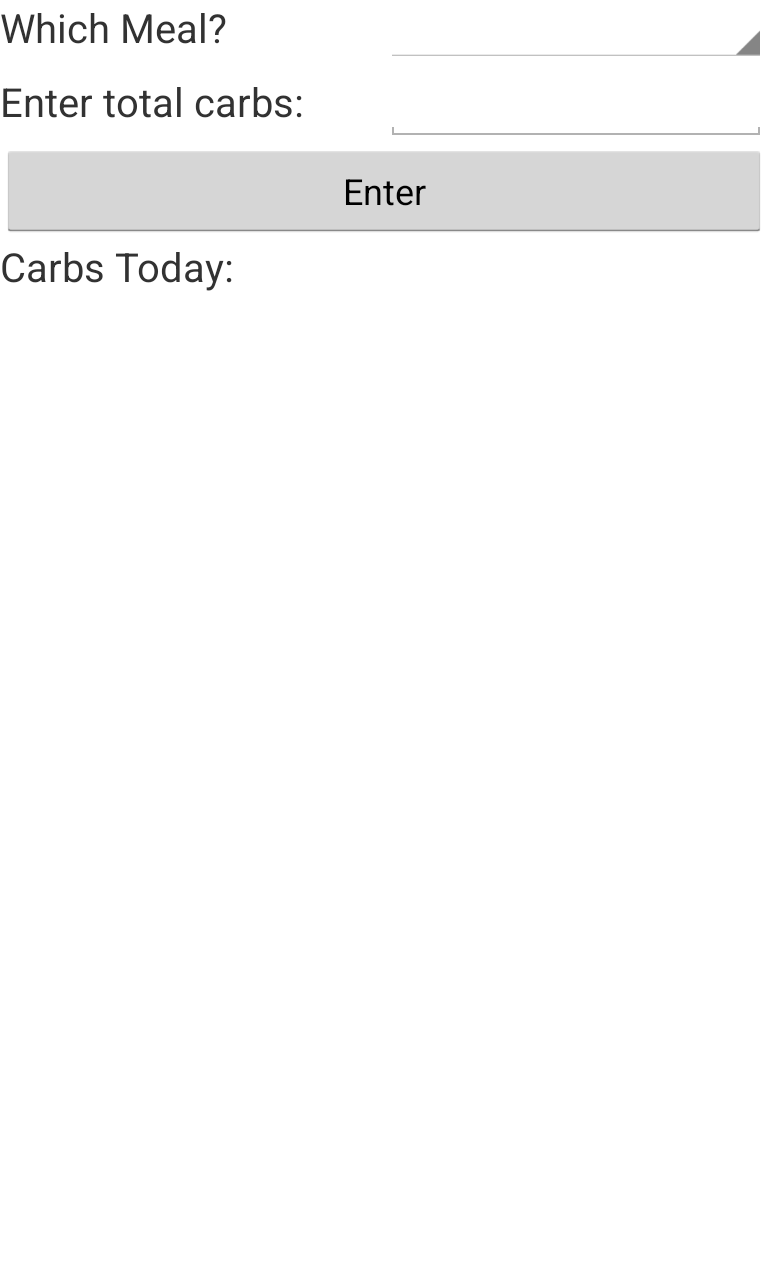
Repository: dekigo/GluNote
Layout: Glunote/res/layout/activity_carbs_page.xml
The author's editor kept a copy of each file at every save. The layout is drawn from the files as they stood at one save, then again after the next save.
It is drawn on a 768 x 1280 px phone screen (xhdpi) without system bars, with theme AppTheme; the app's code is not run.

Above is the layout before, as saved 2013-08-06 09:57:56.

### Glunote/res/layout/activity_carbs_page.xml
<?xml version="1.0" encoding="utf-8"?>
<LinearLayout xmlns:android="http://schemas.android.com/apk/res/android"
    xmlns:tools="http://schemas.android.com/tools"
    android:layout_width="match_parent"
    android:layout_height="match_parent"
    android:orientation="vertical" >

    <LinearLayout
        android:layout_width="match_parent"
        android:layout_height="wrap_content" >

	    <TextView
	        android:layout_height="wrap_content"
	        android:layout_width="0dp"
	        android:layout_weight="0.5"
	        android:textSize="20sp"
	        android:text="@string/Carbs_Page_Meal"
	    />

	    <Spinner
		    android:id="@+id/meal_spinner"
		    android:layout_width="0dp"
		    android:layout_height="wrap_content"
		    android:layout_weight="0.5"
	    />

    </LinearLayout>

    <LinearLayout
        android:layout_width="match_parent"
        android:layout_height="wrap_content" >

        <TextView
            android:layout_height="wrap_content"
            android:layout_width="0dp"
            android:layout_weight="0.5"
            android:textSize="20sp"
            android:text="@string/Carbs_Page_Carbs"
        />

        <EditText android:id="@+id/Carb_Amount"
            android:layout_height="wrap_content"
            android:layout_width="0dp"
            android:layout_weight="0.5"
            android:inputType="number"
        />

    </LinearLayout>

    <Button
        android:layout_width="match_parent"
        android:layout_height="wrap_content"
        android:text="@string/Enter"
        android:onClick="Save_Carb_Entry"
    />

    <LinearLayout
        android:layout_width="match_parent"
        android:layout_height="wrap_content" >

	    <TextView
	        android:layout_height="wrap_content"
	        android:layout_width="match_parent"
	        android:textSize="20sp"
	        android:text="@string/Total_Carbs"
	    />

	    <TextView
	        android:layout_height="wrap_content"
	        android:layout_width="match_parent"
	        android:textSize="20sp"
	        android:text="@int/Carb_Num"
	    />

	</LinearLayout>





</LinearLayout>

### Glunote/res/values/strings.xml
<?xml version="1.0" encoding="utf-8"?>
<resources>

    <string name="app_name">Glunote</string>
    <string name="action_settings">Settings</string>
    <string name="Test_Input">Record a Testing Event</string>
    <string name="Carb_Input">Track your Carbs</string>
    <string name="title_activity_testing_page">TestingPageActivity</string>
    <string name="Test_Page_Glucose">Enter your blood glucose:</string>
    <string name="Test_Page_Bolus">Enter your bolus, if any:</string>
    <string name="title_activity_carbs_page">CarbsPageActivity</string>
    <string name="hello_world">Hello world!</string>
    <string name="Carbs_Page_Meal">Which Meal?</string>
    <string name="Carbs_Page_Carbs">Enter total carbs:</string>
    <string name="Enter">Enter</string>
    <string name="Total_Carbs">Carbs Today:</string>

    <string-array name="meal_array">
        <item>Breakfast</item>
        <item>Lunch</item>
        <item>Dinner</item>
        <item>Snack</item>
    </string-array>

    <string name="title_activity_alarms_page">AlarmsPageActivity</string>
    <string name="Alarms_Page_Top">Set an alarm for:</string>
    <string name="Alarms_Button">Alarms and Reminders</string>
</resources>

Loaded but not shown: Glunote/res/values/styles.xml (common file); Glunote/res/values-v11/styles.xml (common file); Glunote/res/values-v14/styles.xml (common file)

After the next save:
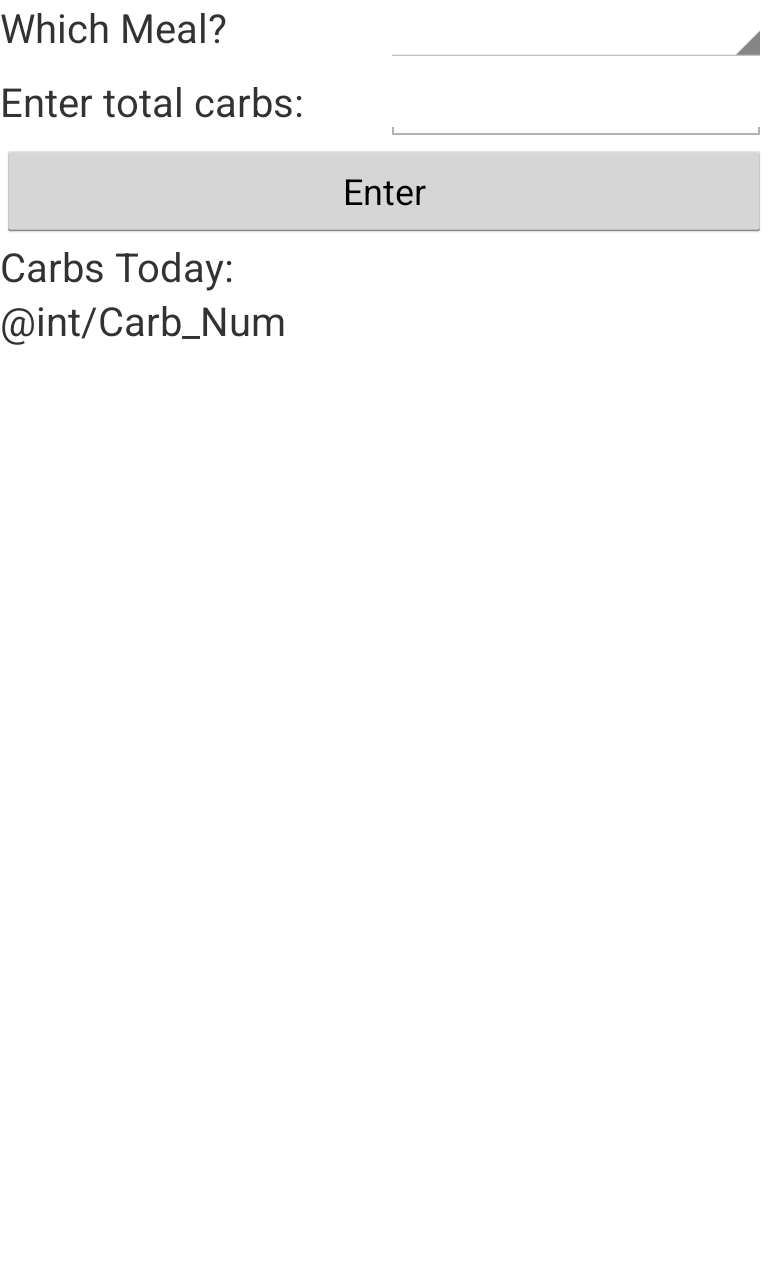
Saved 42 s later.
--- a/Glunote/res/layout/activity_carbs_page.xml
+++ b/Glunote/res/layout/activity_carbs_page.xml
@@ -56,7 +56,8 @@
 
     <LinearLayout
         android:layout_width="match_parent"
-        android:layout_height="wrap_content" >
+        android:layout_height="wrap_content"
+        android:orientation="vertical" >
 
 	    <TextView
 	        android:layout_height="wrap_content"
